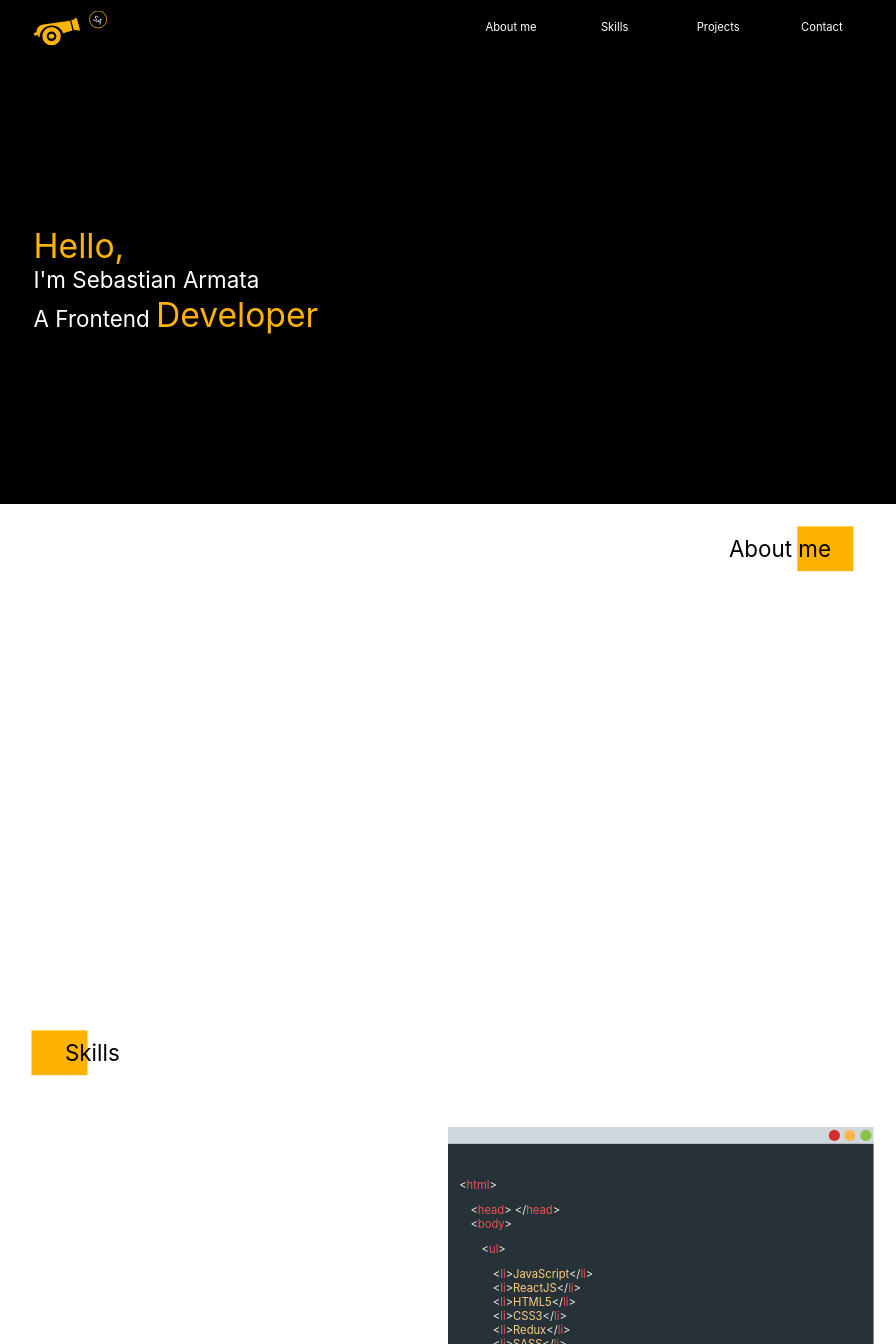
Repository: SebastianArmata22/Portfolio
Page: /
These files come from the project's save history. The page is drawn as it stood at one moment and after the next save; the edit follows.
The browser window is 1280 px wide. The pictures show the part of the page from y = 0 to 1920 px (the page is 3664 px tall), at 70% of full size.
The project was rebuilt for these pictures with package versions that can differ from the ones it lists, and the page was loaded fresh each time.

Above is the page before, as saved 2021-02-24 18:29:07.

### public/index.html
<!DOCTYPE html>
<html lang="en">
  <head>
    <meta charset="utf-8" />
    <link rel="icon" href="%PUBLIC_URL%/favicon.ico" />
    <meta name="viewport" content="width=device-width, initial-scale=1" />
    <meta name="theme-color" content="#000000" />
    <meta
      name="description"
      content="Web site created using create-react-app"
    />
    <link rel="apple-touch-icon" href="%PUBLIC_URL%/logo192.png" />
    <!--
      manifest.json provides metadata used when your web app is installed on a
      user's mobile device or desktop. See https://developers.google.com/web/fundamentals/web-app-manifest/
    -->
    <link rel="manifest" href="%PUBLIC_URL%/manifest.json" />
    <!--
      Notice the use of %PUBLIC_URL% in the tags above.
      It will be replaced with the URL of the `public` folder during the build.
      Only files inside the `public` folder can be referenced from the HTML.

      Unlike "/favicon.ico" or "favicon.ico", "%PUBLIC_URL%/favicon.ico" will
      work correctly both with client-side routing and a non-root public URL.
      Learn how to configure a non-root public URL by running `npm run build`.
    -->
    <title>Sebastian Armata</title>
  </head>
  <body>
    <noscript>You need to enable JavaScript to run this app.</noscript>
    <div id="root"></div>
    <!--
      This HTML file is a template.
      If you open it directly in the browser, you will see an empty page.

      You can add webfonts, meta tags, or analytics to this file.
      The build step will place the bundled scripts into the <body> tag.

      To begin the development, run `npm start` or `yarn start`.
      To create a production bundle, use `npm run build` or `yarn build`.
    -->
  </body>
</html>

### src/App.js
import './App.css'
//components
import Header from './components/header/Header'
import MainPage from './components/mainPage/MainPage'
import Skills from './components/skills/Skills'
import AboutMe from './components/aboutMe/AboutMe'
import Contact from './components/contact/Contact'
import Footer from './components/footer/Footer'
import Projects from './components/projects/Projects'

function App() {
  return (
    <div className="App">
      <header>
        <Header />
      </header>
      <main>
        <MainPage />
        <AboutMe />
        <Skills />
        <Projects />
        <Contact />
      </main>
      <footer>
        <Footer />
      </footer>
    </div>
  );
}

export default App;

### src/App.css
html, body,*{
    margin: 0;
    padding: 0;

}
*{
    box-sizing: border-box;
}

### src/components/header/Header.js
import classes from './header.module.scss'
import React from 'react'
import logo from '../../icons/logo_armata.svg'

const Header = ()=>{
    return(
        <div className={classes.header}>
            <img src={logo} alt="logo"></img>
            <ul>
                <li>About me</li>
                <li>Skills</li>
                <li>Projects</li>
                <li>Contact</li>
            </ul>
        </div>
    )
}
export default Header

### src/components/mainPage/MainPage.js
import classes from './mainPage.module.scss'
import React from 'react'

const MainPage = ()=>{
    return(
        <div className={classes.main_page_container}>
            <div>
                <p><span>Hello,</span></p>
                <p>I'm Sebastian Armata</p>
                <p>A Frontend <span>Developer</span></p>
            </div>
            <div></div>
        </div>
    )
}
export default MainPage

### src/components/skills/Skills.js
import classes from './skills.module.scss'
import React from 'react'
import ConsoleSkills from '../consoleSkills/ConsoleSkills'

const Skills = ()=>{

    return(
        <div className={classes.skills}>
            <header>
                <p>Skills</p>
            </header>
            <main>
                <div>
                </div>
                <div className={classes.console_container}>
                    <div className={classes.bar}>
                        <div className={classes._red}></div>
                        <div className={classes._yellow}></div>
                        <div className={classes._green}></div>
                    </div>
                    <ConsoleSkills />
                </div>
            </main>
        </div>
    )
}
export default Skills

### src/components/aboutMe/AboutMe.js
import classes from './aboutme.module.scss'
import React from 'react'

const AboutMe = ()=>{
    return(
        <div className={classes.aboutMe}>
            <header>
                <p>About me</p>
            </header>
        </div>
    )
}
export default AboutMe

### src/components/contact/Contact.js
import classes from './contact.module.scss'
import React from 'react'

const Contact = ()=>{
    return(
        <div className={classes.contact}>
        <header>
            <p>Contact</p>
        </header>
    </div>
    )
}
export default Contact

### src/components/footer/Footer.js
import classes from './footer.module.scss'
import React from 'react'

const Footer = ()=>{
    return(
        <div className={classes.footer}>
            <p>Sebastian Armata </p>
        </div>
        )
}
export default Footer

### src/components/projects/Projects.js
import classes from './projects.module.scss'
import React from 'react'

const Projects = ()=>{
    return(
        <div className={classes.projects}>
            <header>
                <p>Projects</p>
            </header>
        </div>
    )
}
export default Projects

### src/components/header/header.module.scss
@import '../../variables.scss';

.header{
    height: 5rem;
    width: 100%;
    background-color: $third-main-color;
    display: flex;
    align-items: center;
    justify-content: space-between;
    padding: 1rem;
    img{
        padding: 0 2rem;
        height: 50px;
    }
    ul{
        display: flex;
        align-items: center;
        justify-content: space-between;
        width: 50%;
        li{
            list-style: none;
            text-align: center;
            color: $second-main-color;
            width: 10rem;
            font-size: 1rem;
            cursor: pointer;
            &:hover{
                color: $first-main-color;
            }
        }
    }
}

### src/components/mainPage/mainPage.module.scss
@import '../../variables.scss';

.main_page_container{
    height: calc(100vh - 5rem);
    width: 100%;
    background-color: $third-main-color;
    @include flex-container;
    padding: 3rem;
    div{
        width: 50%;
        height: 100%;
        display: flex;
        justify-content: center;
        flex-direction: column;
    }
    p{
        color: $second-main-color;
        font-size: 2rem;
        span{
            color: $first-main-color;
            font-size: 3rem;
        }
    }
}

### src/components/skills/skills.module.scss
@import '../../variables.scss';
.skills{
    width: 100%;
    height: 100vh;
    padding: 2rem;
    header{
        @include flex-container;
        p{
            position: relative;
            font-size: 2rem;
            height: 4rem;
            width: 90%;
            display: flex;
            align-items: center;
            &::after{
                display: block;
                content: "";
                    width: 5rem;
                    height: 100%;
                    z-index: -1;
                    position: absolute;
                    top:0;
                    left: -3rem;
                    background-color: $first-main-color;
            }
        }
    }
    main{
        display: flex;
        >div{
            width: 50%;
            height: calc(100vh - 5rem);
            display: flex;
            justify-content: center;
        }
    }
}
.bar{
    display: flex;
    justify-content: flex-end;
    align-items: center;
    background-color: #cfd8dc;
    height: 1.5rem;
    div{
        width: 1rem;
        height: 1rem;
        border-radius: 1rem;
        margin: 0 0.2rem;

    }
}
.console_container{
    flex-direction: column;
}
._red{
    background-color: #d22e2e;
}
._yellow{
    background-color: #ffb64c;
}
._green{
    background-color: #8ac249;
}

### src/components/consoleSkills/ConsoleSkills.js
import classes from './consoleSkills.module.scss'
import React from 'react'

const ConsoleSkills=()=>{
    return(
        <div className={classes.console_content}>
                            <ul>
                                <li>&lt;<span className={classes.html_text}>html</span>&gt;</li>
                                <li>
                                  <ul>
                                    <li>
                                      &lt;<span className={classes.html_text}>head</span>&gt;
                                      &lt;/<span className={classes.html_text}>head</span>&gt;
                                    </li>
                                    <li>&lt;<span className={classes.html_text}>body</span>&gt;</li>
                                    <li>
                                      <ul>
                                        <li>&lt;<span className={classes.html_text}>ul</span>&gt;</li>
                                        <ul>
                                          <li>
                                            &lt;<span className={classes.html_text}>li</span>&gt;
                                            <span className={classes.html_text_2}>JavaScript</span>
                                            &lt;/<span className={classes.html_text}>li</span>&gt;</li>
                                          <li>
                                            &lt;<span className={classes.html_text}>li</span>&gt;
                                            <span className={classes.html_text_2}>ReactJS</span>
                                            &lt;/<span className={classes.html_text}>li</span>&gt;
                                          </li>
                                          <li>
                                            &lt;<span className={classes.html_text}>li</span>&gt;
                                            <span className={classes.html_text_2}>HTML5</span>
                                            &lt;/<span className={classes.html_text}>li</span>&gt;
                                          </li>
                                          <li>
                                            &lt;<span className={classes.html_text}>li</span>&gt;
                                            <span className={classes.html_text_2}>CSS3</span>
                                            &lt;/<span className={classes.html_text}>li</span>&gt;
                                          </li>
                                          <li>
                                            &lt;<span className={classes.html_text}>li</span>&gt;
                                            <span className={classes.html_text_2}>Redux</span>
                                            &lt;/<span className={classes.html_text}>li</span>&gt;
                                          </li>
                                          <li>
                                            &lt;<span className={classes.html_text}>li</span>&gt;
                                            <span className={classes.html_text_2}>SASS</span>
                                            &lt;/<span className={classes.html_text}>li</span>&gt;
                                          </li>
                                        </ul>
                                        <li>&lt;/<span className={classes.html_text}>ul</span>&gt;</li>
                                      </ul>
                                    </li>
                                    <li>&lt;/<span className={classes.html_text}>body</span>&gt;</li>
                                  </ul>
                                </li>
                                <li>&lt;/<span className={classes.html_text}>html</span>&gt;</li>
                            </ul>
                        </div>

    )
}
export default ConsoleSkills

### src/components/aboutMe/aboutme.module.scss
@import '../../variables.scss';

.aboutMe{
    width: 100%;
    min-height: 100vh;
    padding: 2rem;
    header{
        @include flex-container;
        p{
            position: relative;
            font-size: 2rem;
            height: 4rem;
            width: 90%;
            display: flex;
            align-items: center;
            justify-content: flex-end;
            &::after{
                display: block;
                content: "";
                    width: 5rem;
                    height: 100%;
                    z-index: -1;
                    position: absolute;
                    top:0;
                    right: -2rem;
                    background-color: $first-main-color;
            }
        }
    }
}

### src/components/contact/contact.module.scss
@import '../../variables.scss';
.contact{
    width: 100%;
    height: 100vh;
    padding: 2rem;
    header{
        @include flex-container;
        p{
            position: relative;
            font-size: 2rem;
            height: 4rem;
            width: 90%;
            display: flex;
            align-items: center;
            &::after{
                display: block;
                content: "";
                    width: 5rem;
                    height: 100%;
                    z-index: -1;
                    position: absolute;
                    top:0;
                    left: 4rem;
                    background-color: $first-main-color;
            }
        }
    }
}

### src/components/footer/footer.module.scss
@import '../../variables.scss';
.footer{
    height: 4rem;
    background-color: $first-main-color;
    @include flex-container;
    color: $second-main-color;
    font-size: 1.25rem;
}

### src/components/projects/projects.module.scss
@import '../../variables.scss';
.projects{
    width: 100%;
    height: 100vh;
    padding: 2rem;
    header{
        @include flex-container;
        p{
            position: relative;
            font-size: 2rem;
            height: 4rem;
            width: 90%;
            display: flex;
            align-items: center;
            justify-content: flex-end;
            &::after{
                display: block;
                content: "";
                    width: 5rem;
                    height: 100%;
                    z-index: -1;
                    position: absolute;
                    top:0;
                    right: 4rem;
                    background-color: $first-main-color;
            }
        }
    }
}

### src/variables.scss
$first-main-color: #FFB300;
$second-main-color: #fff;
$third-main-color:#000;
@mixin flex-container {
    display: flex;
    align-items: center;
    justify-content: center;
}

### src/components/consoleSkills/consoleSkills.module.scss
.console_content{
    background-color: #263238;
    padding: 2rem 0;
    width: 100%;
}
ul {
    list-style: none;
    color: #EFEBE9;
    padding-left: 1rem;
    padding-right: 1rem;
    margin-top: 1rem;
    margin-bottom: 20px;
  }
.html_text {
    color: #EF5350;
  }
  .html_text_2 {
    color: #FFCC80;
  }

Loaded but not shown: src/index.js (common file); src/index.css (common file); src/reportWebVitals.js (common file)

After the next save:
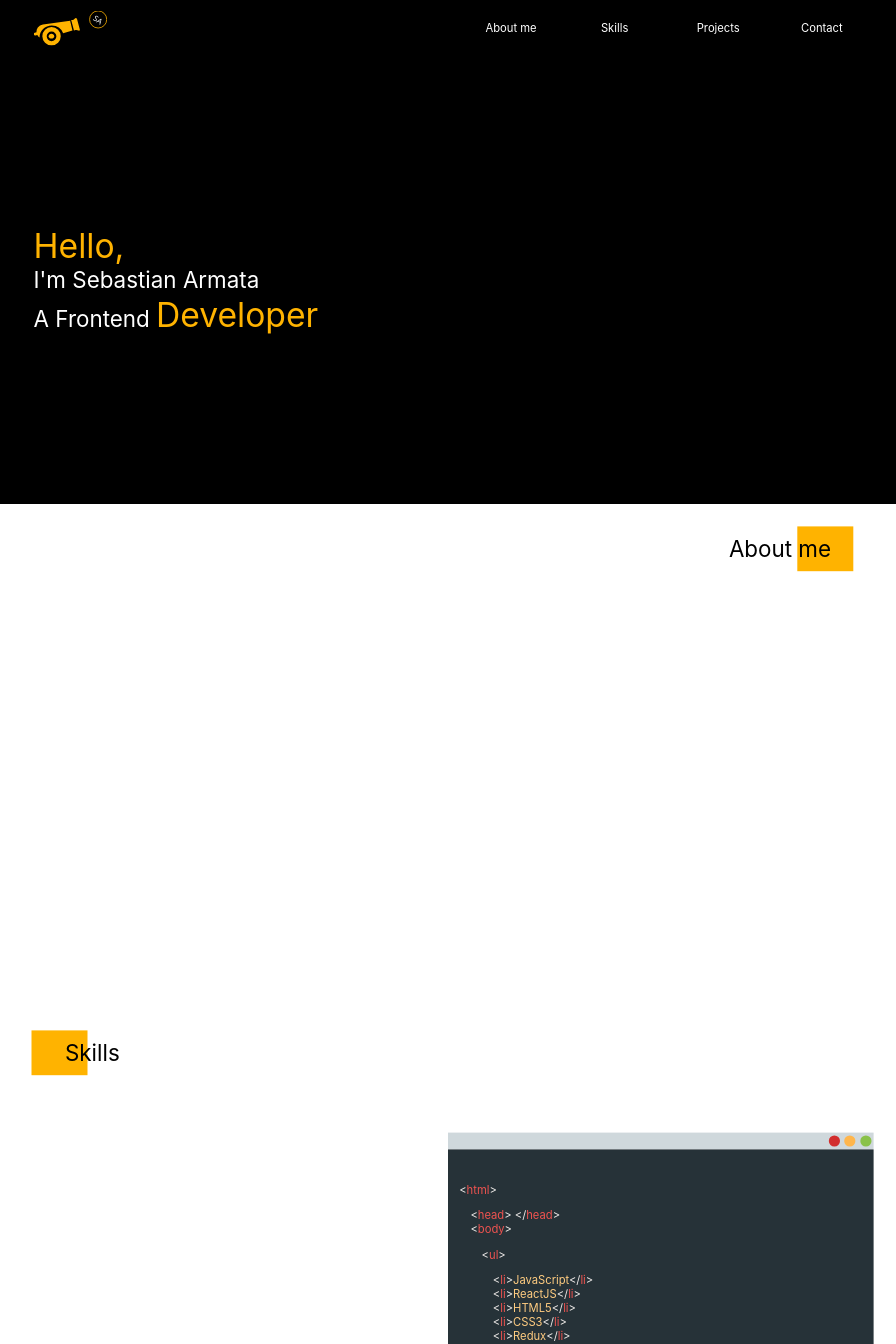
Saved 7 s later.
--- a/src/components/consoleSkills/consoleSkills.module.scss
+++ b/src/components/consoleSkills/consoleSkills.module.scss
@@ -9,7 +9,7 @@ ul {
     padding-left: 1rem;
     padding-right: 1rem;
     margin-top: 1rem;
-    margin-bottom: 20px;
+    margin-bottom: 1rem;
   }
 .html_text {
     color: #EF5350;
